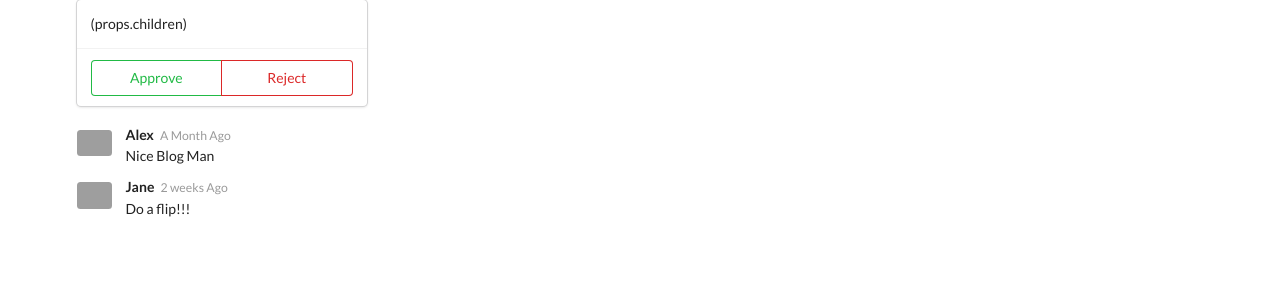
Repository: geedtd/udemyreact
Page: /
An editor plug-in stored every save of this project. The page is shown before and after the next save, followed by the edit.
The browser window is 1280 px wide. The pictures show the whole page.
Pictures or frames that could not be fetched are drawn as grey boxes. The project was rebuilt for these pictures with package versions that can differ from the ones it lists, and the page was loaded fresh each time.

Above is the page before, as saved 2020-03-18 02:25:45.

After the next save:
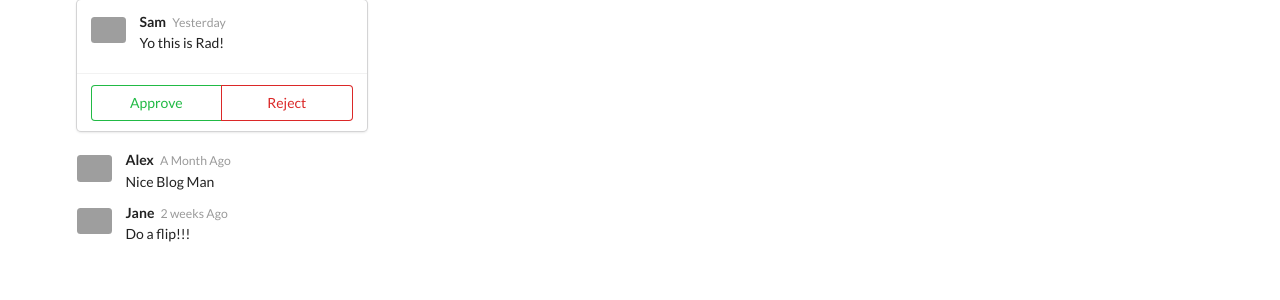
Saved 11 s later.
--- a/src/ApprovalCard.js
+++ b/src/ApprovalCard.js
@@ -4,7 +4,7 @@ const ApprovalCard = (props) => {
     console.log(props.children)
     return (
         <div className="ui card">
-            <div className="content">(props.children)</div>
+            <div className="content">{(props.children)}</div>
             <div className="extra content">
                 <div className="ui two buttons">
                     <div className="ui basic green button">Approve</div>
